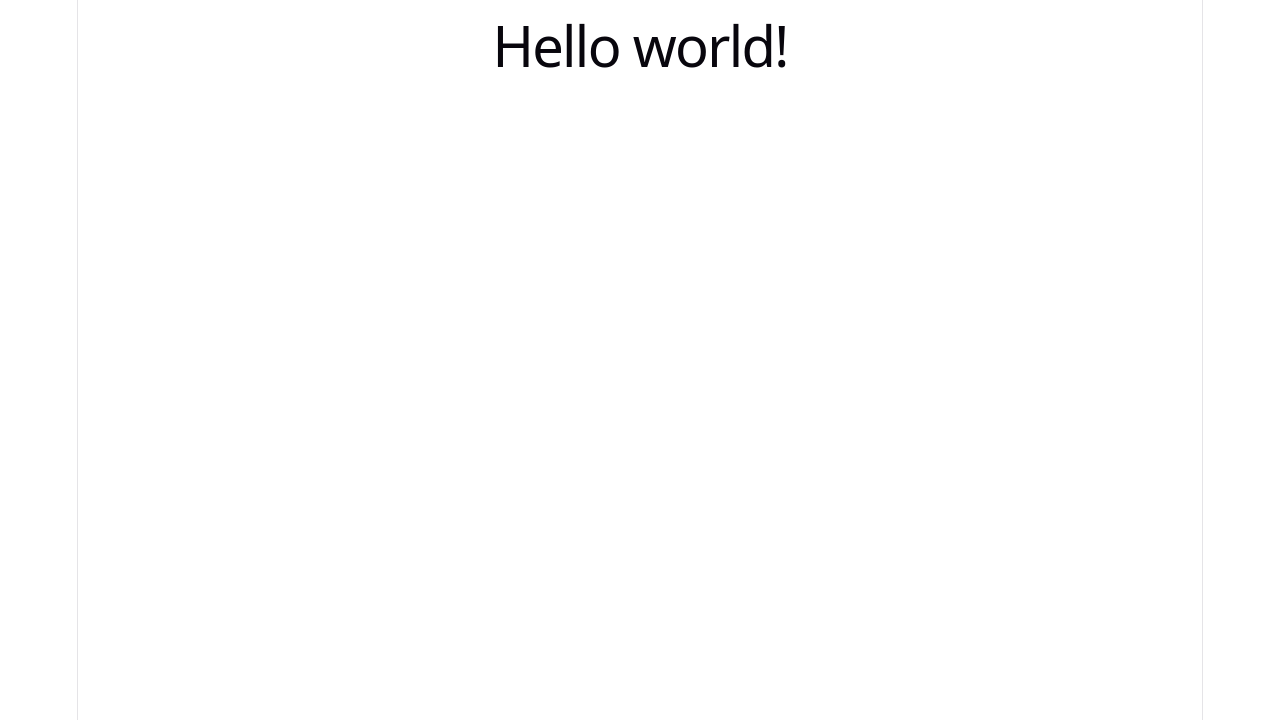
Repository: syed-bayzid/CareerTrack
Page: /
The author's editor kept a copy of each file at every save. The page is drawn from the files as they stood at one save, then again after a run of saves.
The browser window is 1280 px wide. The pictures show the whole page.
The project was rebuilt for these pictures with package versions that can differ from the ones it lists, and the page was loaded fresh each time. Also part of the build but not shown: vite.config.ts.

Above is the page before, as saved 2026-07-21 12:21:18.

### index.html
<!doctype html>
<html lang="en">
  <head>
    <meta charset="UTF-8" />
    <link rel="icon" type="image/svg+xml" href="/favicon.svg" />
    <meta name="viewport" content="width=device-width, initial-scale=1.0" />
    <title>careertrack_frontend</title>
  </head>
  <body>
    <div id="root"></div>
    <script type="module" src="/src/main.tsx"></script>
  </body>
</html>

### src/index.css
:root {
  --text: #6b6375;
  --text-h: #08060d;
  --bg: #fff;
  --border: #e5e4e7;
  --code-bg: #f4f3ec;
  --accent: #aa3bff;
  --accent-bg: rgba(170, 59, 255, 0.1);
  --accent-border: rgba(170, 59, 255, 0.5);
  --social-bg: rgba(244, 243, 236, 0.5);
  --shadow:
    rgba(0, 0, 0, 0.1) 0 10px 15px -3px, rgba(0, 0, 0, 0.05) 0 4px 6px -2px;

  --sans: system-ui, 'Segoe UI', Roboto, sans-serif;
  --heading: system-ui, 'Segoe UI', Roboto, sans-serif;
  --mono: ui-monospace, Consolas, monospace;

  font: 18px/145% var(--sans);
  letter-spacing: 0.18px;
  color-scheme: light dark;
  color: var(--text);
  background: var(--bg);
  font-synthesis: none;
  text-rendering: optimizeLegibility;
  -webkit-font-smoothing: antialiased;
  -moz-osx-font-smoothing: grayscale;

  @media (max-width: 1024px) {
    font-size: 16px;
  }
}

@media (prefers-color-scheme: dark) {
  :root {
    --text: #9ca3af;
    --text-h: #f3f4f6;
    --bg: #16171d;
    --border: #2e303a;
    --code-bg: #1f2028;
    --accent: #c084fc;
    --accent-bg: rgba(192, 132, 252, 0.15);
    --accent-border: rgba(192, 132, 252, 0.5);
    --social-bg: rgba(47, 48, 58, 0.5);
    --shadow:
      rgba(0, 0, 0, 0.4) 0 10px 15px -3px, rgba(0, 0, 0, 0.25) 0 4px 6px -2px;
  }

  #social .button-icon {
    filter: invert(1) brightness(2);
  }
}

#root {
  width: 1126px;
  max-width: 100%;
  margin: 0 auto;
  text-align: center;
  border-inline: 1px solid var(--border);
  min-height: 100svh;
  display: flex;
  flex-direction: column;
  box-sizing: border-box;
}

body {
  margin: 0;
}

h1,
h2 {
  font-family: var(--heading);
  font-weight: 500;
  color: var(--text-h);
}

h1 {
  font-size: 56px;
  letter-spacing: -1.68px;
  margin: 32px 0;
  @media (max-width: 1024px) {
    font-size: 36px;
    margin: 20px 0;
  }
}
h2 {
  font-size: 24px;
  line-height: 118%;
  letter-spacing: -0.24px;
  margin: 0 0 8px;
  @media (max-width: 1024px) {
    font-size: 20px;
  }
}
p {
  margin: 0;
}

code,
.counter {
  font-family: var(--mono);
  display: inline-flex;
  border-radius: 4px;
  color: var(--text-h);
}

code {
  font-size: 15px;
  line-height: 135%;
  padding: 4px 8px;
  background: var(--code-bg);
}

### src/App.tsx
import './index.css'

function App() {

  return (
    <>
        <h1 className="text-3xl font-bold underline">
    Hello world!
  </h1>
    </>
  )
}

export default App

Loaded but not shown: src/main.tsx (common file); src/App.css (common file)

After the next 3 saves:
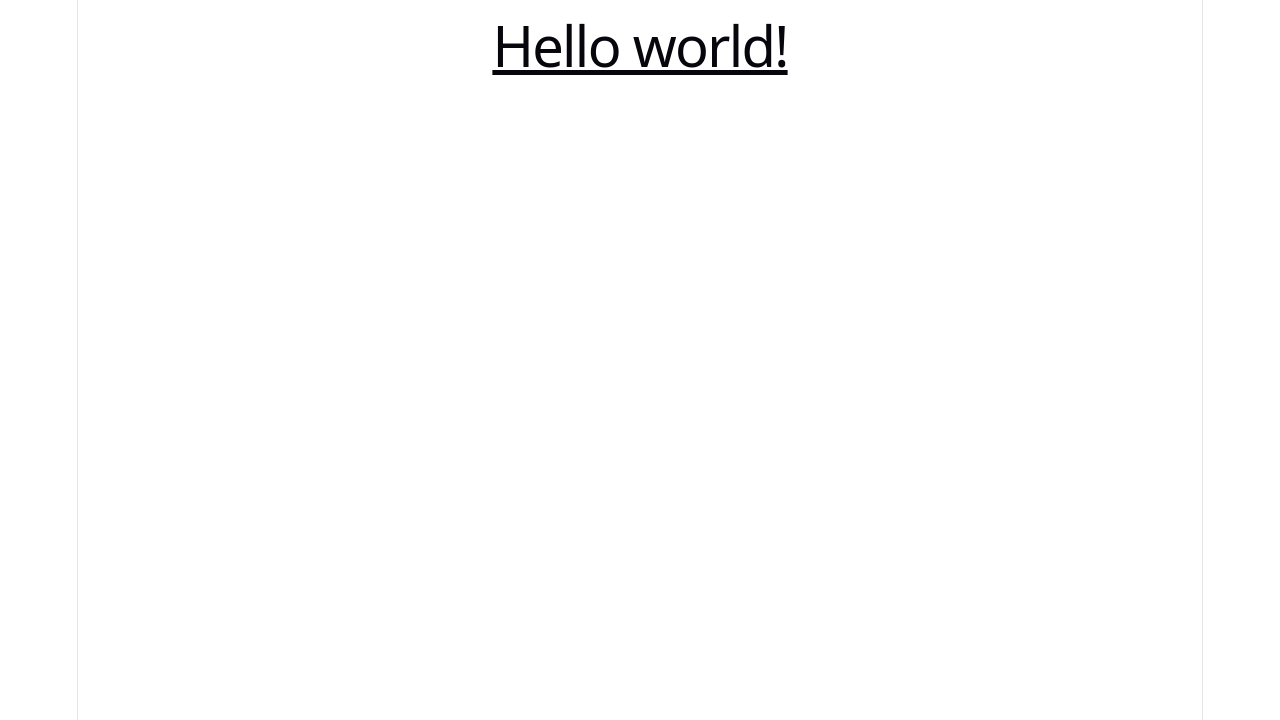
The 3 saves are shown as one change because they came seconds apart.
The last was saved 15 s later.
--- a/src/App.tsx
+++ b/src/App.tsx
@@ -1,4 +1,4 @@
-import './index.css'
+import './App.css'
 
 function App() {
 

After the save that followed:
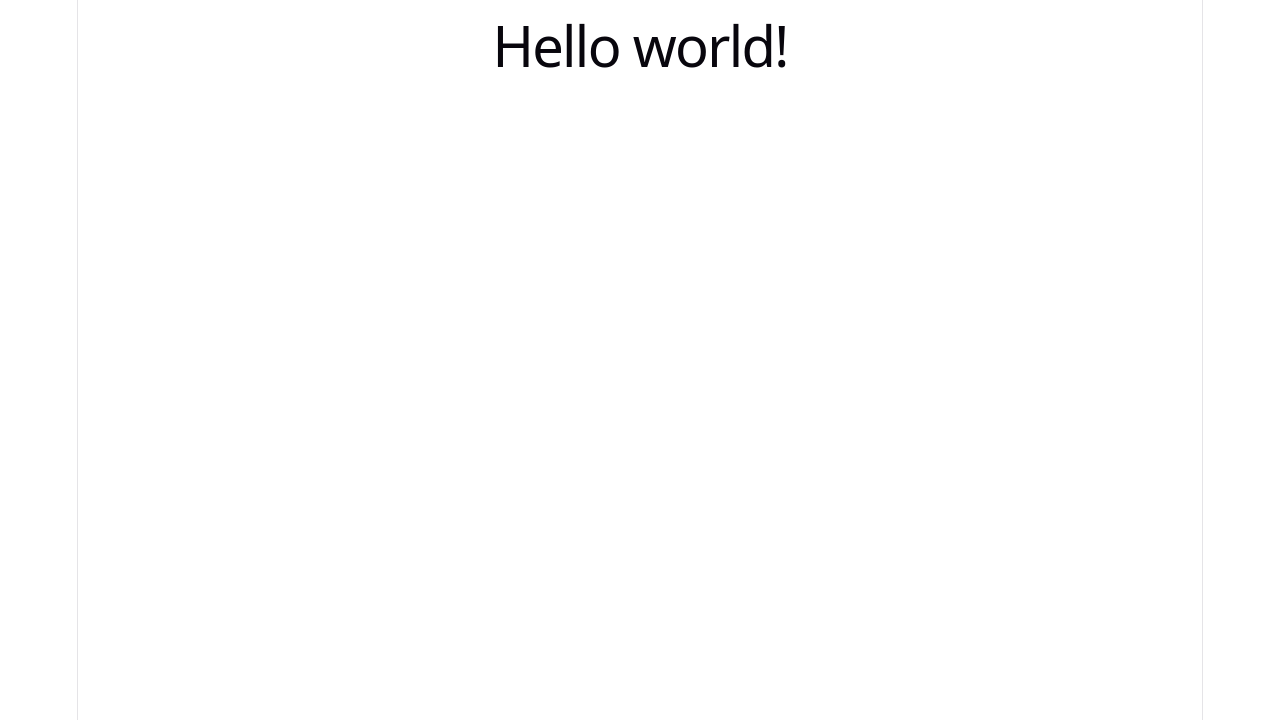
Saved 17 s later.
--- a/src/App.tsx
+++ b/src/App.tsx
@@ -4,7 +4,7 @@ function App() {
 
   return (
     <>
-        <h1 className="text-3xl font-bold underline">
+        <h1 className="">
     Hello world!
   </h1>
     </>
